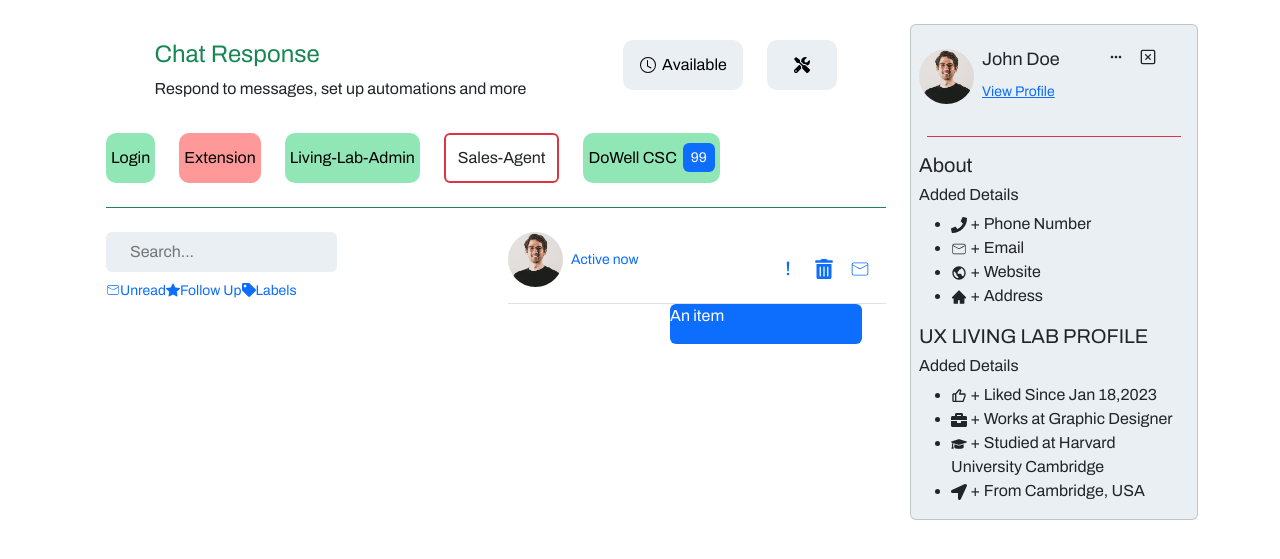
Repository: uh-sman/UX-Living-Lab-Chat
Page: /
An editor plug-in stored every save of this project. The page is shown before and after the next save, followed by the edit.
The browser window is 1280 px wide. The pictures show the whole page.
The project was rebuilt for these pictures with package versions that can differ from the ones it lists, and the page was loaded fresh each time.

Above is the page before, as saved 2023-05-10 17:50:32.

After the next save:
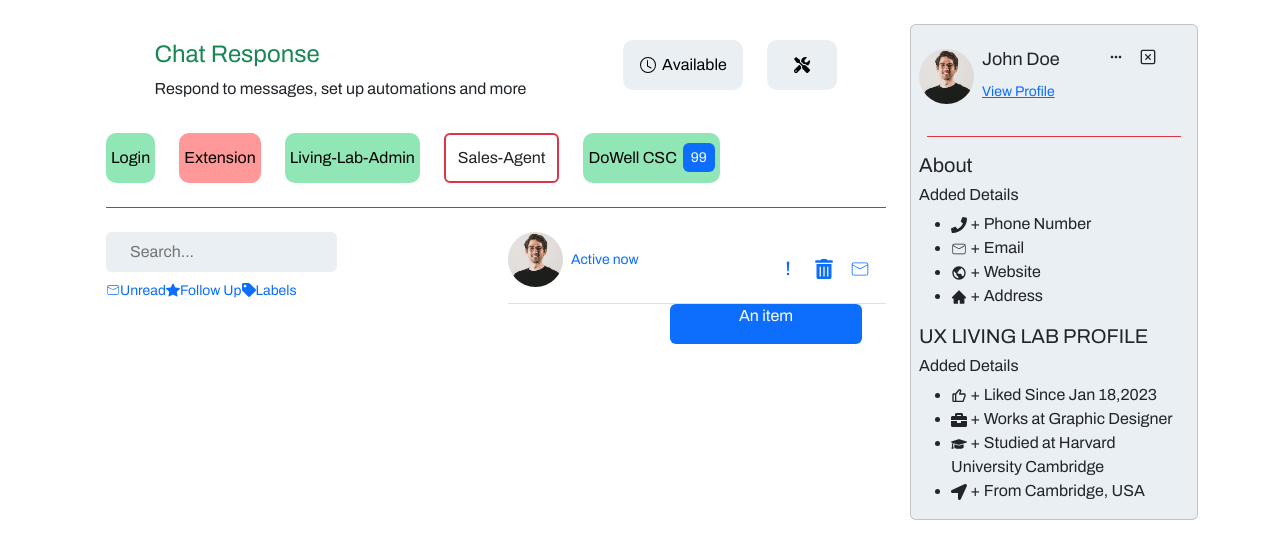
Saved 11 s later.
--- a/src/container/Chats/message/Message.jsx
+++ b/src/container/Chats/message/Message.jsx
@@ -7,7 +7,7 @@ const Message = () => {
       <div className="d-flex justify-content-end ">
         {message ? (
           <div
-            class="bg-primary text-white rounded "
+            class="bg-primary text-white rounded text-center"
             style={{ width: "12rem", height: "40px" }}
           >
             <li class="list-group-item">An item</li>
